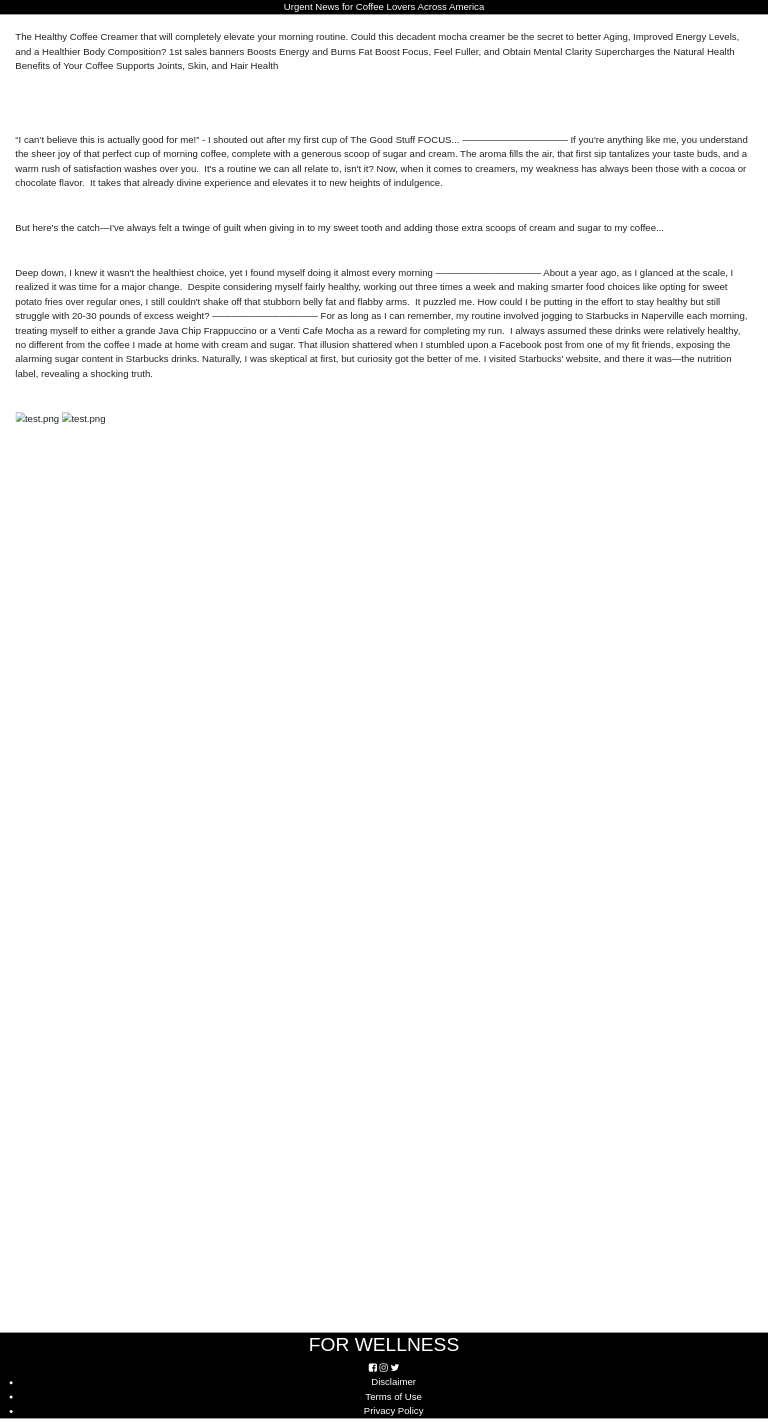
Repository: dariusprince90/wellness-landing
Page: index.html
These files come from the project's save history. The page is drawn as it stood at one moment and after the next save; the edit follows.
The browser window is 1280 px wide. The pictures show the whole page, at 60% of full size.

Above is the page before, as saved 2023-07-25 15:46:41.

### index.html
<!doctype html>
<html lang="en">

<head>
  <title>Title</title>
  <!-- Required meta tags -->
  <meta charset="utf-8">
  <meta name="viewport" content="width=device-width, initial-scale=1, shrink-to-fit=no">

  <!-- Bootstrap CSS v5.2.1 -->
  <link href="https://cdn.jsdelivr.net/npm/bootstrap@5.2.1/dist/css/bootstrap.min.css" rel="stylesheet"
    integrity="sha384-iYQeCzEYFbKjA/T2uDLTpkwGzCiq6soy8tYaI1GyVh/UjpbCx/TYkiZhlZB6+fzT" crossorigin="anonymous">

    <link rel="stylesheet" href="https://maxcdn.bootstrapcdn.com/font-awesome/4.7.0/css/font-awesome.min.css">
    <link rel="stylesheet" href="css/styles.css">


</head>

<body>
  <header>
    Urgent News for Coffee Lovers Across America

  </header>
  <main>

    <section class="s-001-text">

        The Healthy Coffee Creamer that will completely elevate your morning routine.


Could this decadent mocha creamer be the
secret to better Aging, Improved Energy Levels, and a Healthier Body Composition?


1st sales banners

Boosts Energy
and Burns Fat

Boost Focus,
Feel Fuller, and Obtain Mental Clarity


Supercharges the Natural Health Benefits of Your Coffee


Supports Joints,
Skin, and
Hair Health

    </section>
<br/>
<br/>

    <section class="s-002-text">

        “I can’t believe this is actually good for me!”

- I shouted out after my first cup of The Good Stuff FOCUS...


———————————
If you're anything like me, you understand the sheer joy of that perfect cup of morning coffee, complete with a generous scoop of sugar and cream.

The aroma fills the air, that first sip tantalizes your taste buds, and a warm rush of satisfaction washes over you.

It's a routine we can all relate to, isn't it?

Now, when it comes to creamers, my weakness has always been those with a cocoa or chocolate flavor.

It takes that already divine experience and elevates it to new heights of indulgence.
    </section>

    <section class="s-003-text">

        But here's the catch—I've always felt a twinge of guilt
when giving in to my sweet tooth and adding those
extra scoops of cream and sugar to my coffee...

    </section>
    <section class="s-004-text">
        Deep down, I knew it wasn't the healthiest choice, yet I found myself doing it almost every morning

———————————


About a year ago, as I glanced at the scale, I realized it was time for a major change.

Despite considering myself fairly healthy, working out three times a week and making smarter food choices like opting for sweet potato fries over regular ones, I still couldn't shake off that stubborn belly fat and flabby arms.

It puzzled me.

How could I be putting in the effort to stay healthy but still struggle with 20-30 pounds of excess weight?

———————————


For as long as I can remember, my routine involved jogging to Starbucks in Naperville each morning, treating myself to either a grande Java Chip Frappuccino or a Venti Cafe Mocha as a reward for completing my run.

I always assumed these drinks were relatively healthy, no different from the coffee I made at home with cream and sugar.

That illusion shattered when I stumbled upon a Facebook post from one of my fit friends, exposing the alarming sugar content in Starbucks drinks.

Naturally, I was skeptical at first, but curiosity got the better of me. I visited Starbucks' website, and there it was—the nutrition label, revealing a shocking truth.
    </section>
    <section class="s-005-text">
        <img src=""/ alt="test.png">
        <img src=""/ alt="test.png">

    </section>
    <section class="s-006-text">
    </section>

    <section class="s-007-text">
    </section>

    <section class="s-008-text">
    </section>
    <section class="s-009-text">
    </section>
    <section class="s-010-text">
    </section>
    <section class="s-00#-text">
    </section>

    <section class="s-00#-text">
    </section>

    <section class="s-00#-text">
    </section>
    <section class="s-00#-text">
    </section>
    <section class="s-00#-text">
    </section>
    <section class="s-00#-text">
    </section>

    <section class="s-00#-text">
    </section>

    <section class="s-00#-text">
    </section>
    <section class="s-00#-text">
    </section>
    <section class="s-00#-text">
    </section>
    <section class="s-00#-text">
    </section>

    <section class="s-00#-text">
    </section>

    <section class="s-00#-text">
    </section>
    <section class="s-00#-text">
    </section>
    <section class="s-00#-text">
    </section>
    <section class="s-00#-text">
    </section>

    <section class="s-00#-text">
    </section>

    <section class="s-00#-text">
    </section>
    <section class="s-00#-text">
    </section>
    <section class="s-00#-text">
    </section>
    <section class="s-00#-text">
    </section>

    <section class="s-00#-text">
    </section>

    <section class="s-00#-text">
    </section>
    <section class="s-00#-text">
    </section>


  </main>
  <footer>
    <h2>
        FOR WELLNESS
    </h2>
    <span>
        <i class="fa fa-facebook-square" aria-hidden="true"></i>
        <i class="fa fa-instagram" aria-hidden="true"></i>
        <i class="fa fa-twitter" aria-hidden="true"></i>
        <i class="fa-brands fa-tiktok"></i>


    </span>

    <span>
        <ul>
            <li>Disclaimer</li>
            <li>Terms of Use</li>
            <li>Privacy Policy</li>

        </ul>

    </span>



  </footer>
  <!-- Bootstrap JavaScript Libraries -->
  <script src="https://cdn.jsdelivr.net/npm/@popperjs/core@2.11.6/dist/umd/popper.min.js"
    integrity="sha384-oBqDVmMz9ATKxIep9tiCxS/Z9fNfEXiDAYTujMAeBAsjFuCZSmKbSSUnQlmh/jp3" crossorigin="anonymous">
  </script>

  <script src="https://cdn.jsdelivr.net/npm/bootstrap@5.2.1/dist/js/bootstrap.min.js"
    integrity="sha384-7VPbUDkoPSGFnVtYi0QogXtr74QeVeeIs99Qfg5YCF+TidwNdjvaKZX19NZ/e6oz" crossorigin="anonymous">
  </script>
</body>

</html>

### css/styles.css
@import url('https://fonts.googleapis.com/css2?family=Lato:wght@900&display=swap');

body, footer, header {
    font-family: 'Poppins', sans-serif;
}

footer, header {
    background-color: #000000;
    color: #ffffff;
    text-align: center;
}

footer {
    bottom: 0;
    position: static;
}

ul li {
    text-decoration: none;

}

section {
    padding: 2vw;
}


/*
----------------------------------------------------------------
                Section styles
----------------------------------------------------------------
*/

.s-001-text {
        text-emphasis: none;
}

.s-00#-text {
    text-emphasis: none;
}

.s-00#-text {
    text-emphasis: none;
}

.s-00#-text {
    text-emphasis: none;
}

.s-00#-text {
    text-emphasis: none;
}

.s-00#-text {
    text-emphasis: none;
}


.s-00#-text {
    text-emphasis: none;
}

.s-00#-text {
    text-emphasis: none;
}

.s-00#-text {
    text-emphasis: none;
}

.s-00#-text {
    text-emphasis: none;
}

.s-00#-text {
    text-emphasis: none;
}

.s-00#-text {
    text-emphasis: none;
}

.s-00#-text {
    text-emphasis: none;
}

.s-00#-text {
    text-emphasis: none;
}

.s-00#-text {
    text-emphasis: none;
}

.s-00#-text {
    text-emphasis: none;
}


.s-00#-text {
    text-emphasis: none;
}

.s-00#-text {
    text-emphasis: none;
}

.s-00#-text {
    text-emphasis: none;
}

.s-00#-text {
    text-emphasis: none;
}

.s-00#-text {
    text-emphasis: none;
}


.s-00#-text {
    text-emphasis: none;
}

.s-00#-text {
    text-emphasis: none;
}

.s-00#-text {
    text-emphasis: none;
}

.s-00#-text {
    text-emphasis: none;
}

.s-00#-text {
    text-emphasis: none;
}


.s-00#-text {
    text-emphasis: none;
}

.s-00#-text {
    text-emphasis: none;
}

.s-00#-text {
    text-emphasis: none;
}

.s-00#-text {
    text-emphasis: none;
}

.s-00#-text {
    text-emphasis: none;
}



.s-00#-text {
    text-emphasis: none;
}

.s-00#-text {
    text-emphasis: none;
}

After the next save:
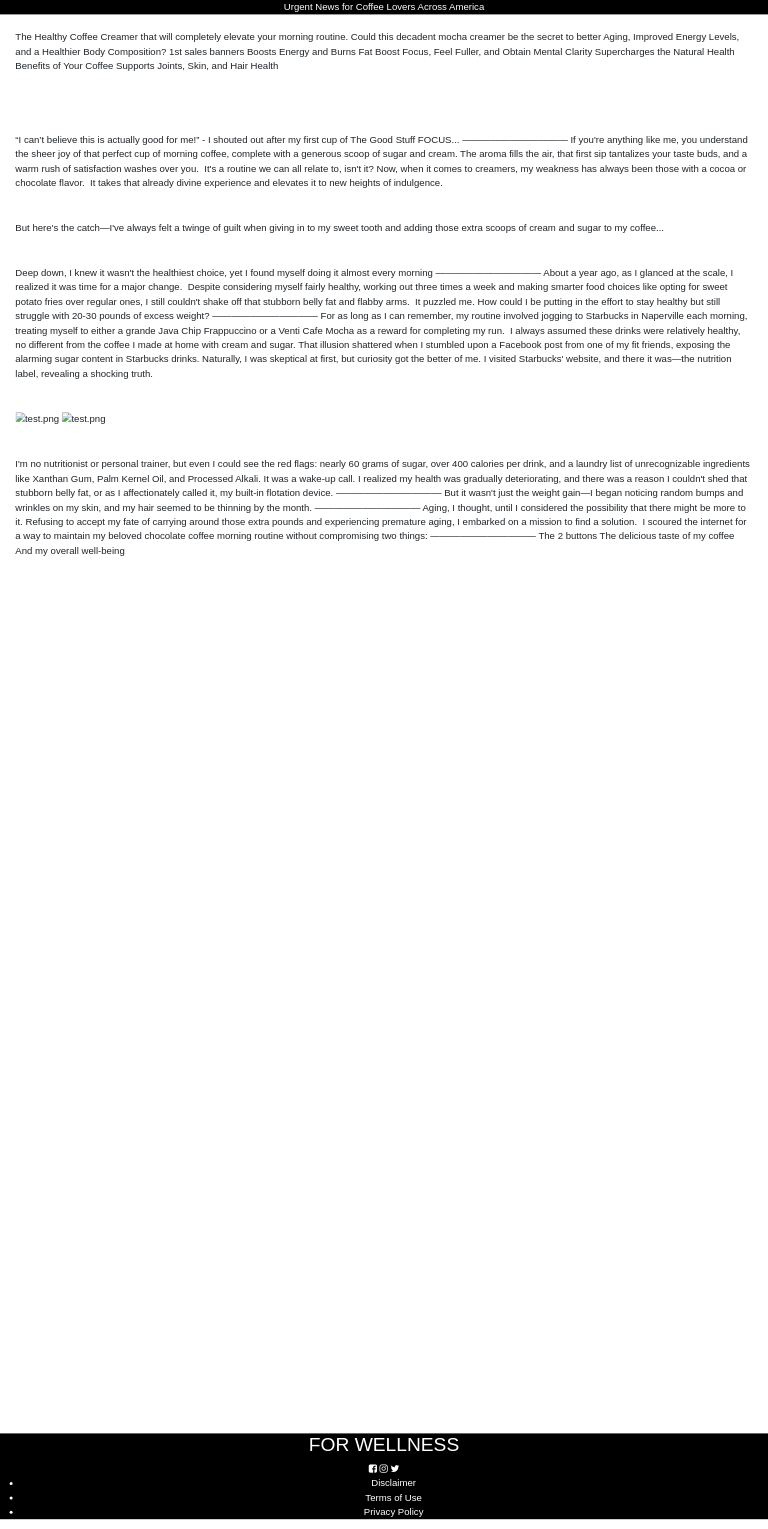
Saved 53 s later.
--- a/index.html
+++ b/index.html
@@ -110,6 +110,33 @@
 
     </section>
     <section class="s-006-text">
+        I'm no nutritionist or personal trainer, but even I could see the red flags: nearly 60 grams of sugar, over 400 calories per drink, and a laundry list of unrecognizable ingredients like Xanthan Gum, Palm Kernel Oil, and Processed Alkali.
+
+It was a wake-up call.
+
+I realized my health was gradually deteriorating, and there was a reason I couldn't shed that stubborn belly fat, or as I affectionately called it, my built-in flotation device.
+———————————
+
+
+But it wasn't just the weight gain—I began noticing
+random bumps and wrinkles on my skin, and my hair
+seemed to be thinning by the month.
+———————————
+
+
+Aging, I thought, until I considered the possibility that there might be more to it.
+
+Refusing to accept my fate of carrying around those extra pounds and experiencing premature aging, I embarked on a mission to find a solution.
+
+I scoured the internet for a way to maintain my beloved chocolate coffee morning routine without compromising two things:
+———————————
+
+
+The 2 buttons
+
+The delicious taste of my coffee
+
+And my overall well-being
     </section>
 
     <section class="s-007-text">
